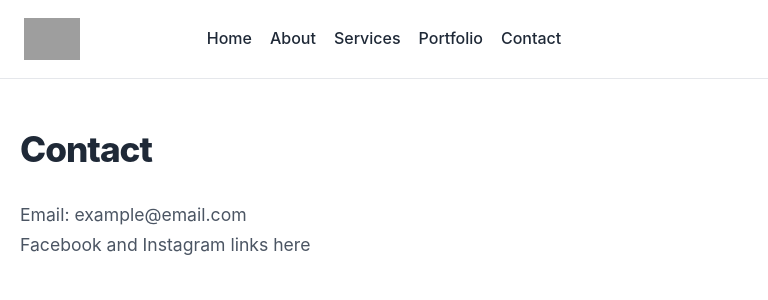
Repository: aljonvega18/Portfolio
Page: contact.html
The author's editor kept a copy of each file at every save. The page is drawn from the files as they stood at one save, then again after the next save.
The browser window is 768 px wide. The pictures show the whole page.
Pictures or frames that could not be fetched are drawn as grey boxes.

Above is the page before, as saved 2026-02-02 16:34:22.

After the next save:
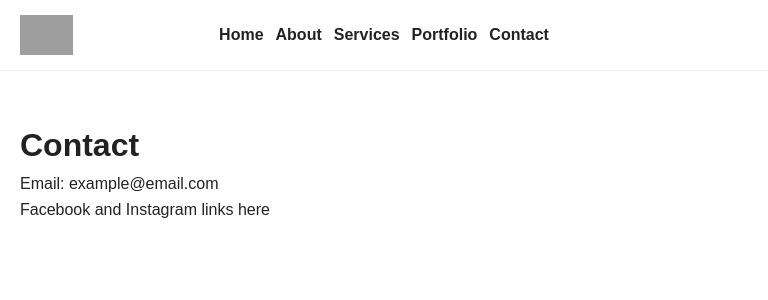
Saved 5 s later.
--- a/style.css
+++ b/style.css
@@ -115,123 +115,3 @@ nav ul { gap: 12px; }
     text-transform: uppercase;
     fill: white;
 }
-
-/* about */
-/* RESET + BASE */
-* {
-    box-sizing: border-box;
-    margin: 0;
-    padding: 0;
-    font-family: "Inter", system-ui, Arial, sans-serif;
-}
-
-body {
-    background: #f8f9fb;
-    color: #1f2937;
-    line-height: 1.7;
-}
-
-/* NAVBAR */
-header {
-    position: fixed;
-    top: 0;
-    width: 100%;
-    background: rgba(255, 255, 255, 0.9);
-    backdrop-filter: blur(10px);
-    border-bottom: 1px solid #e5e7eb;
-    z-index: 1000;
-}
-
-.navbar {
-    max-width: 1200px;
-    margin: auto;
-    display: flex;
-    align-items: center;
-    padding: 18px 24px;
-}
-
-.logo {
-    height: 42px;
-}
-
-/* CENTER NAV */
-nav {
-    margin-left: auto;
-}
-
-nav ul {
-    display: flex;
-    list-style: none;
-    gap: 28px;
-}
-
-nav a {
-    text-decoration: none;
-    color: #1f2937;
-    font-weight: 500;
-    position: relative;
-    padding-bottom: 4px;
-    transition: color 0.3s ease;
-}
-
-/* UNDERLINE HOVER EFFECT */
-nav a::after {
-    content: "";
-    position: absolute;
-    left: 0;
-    bottom: 0;
-    width: 0;
-    height: 2px;
-    background: #6366f1;
-    transition: width 0.3s ease;
-}
-
-nav a:hover {
-    color: #6366f1;
-}
-
-nav a:hover::after {
-    width: 100%;
-}
-
-/* MAIN CONTENT */
-main {
-    padding-top: 140px;
-    max-width: 1000px;
-    margin: auto;
-    padding-left: 24px;
-    padding-right: 24px;
-}
-
-/* SECTION STYLE */
-main h1 {
-    font-size: 3rem;
-    font-weight: 800;
-    margin-bottom: 20px;
-    letter-spacing: -1px;
-}
-
-main p {
-    font-size: 1.1rem;
-    max-width: 700px;
-    color: #4b5563;
-}
-
-/* CARD FEEL FOR CONTENT */
-main {
-    background: #ffffff;
-    border-radius: 18px;
-    padding-bottom: 80px;
-    box-shadow: 0 20px 40px rgba(0, 0, 0, 0.06);
-}
-
-/* RESPONSIVE */
-@media (max-width: 768px) {
-    nav ul {
-        gap: 18px;
-    }
-
-    main h1 {
-        font-size: 2.2rem;
-    }
-}
